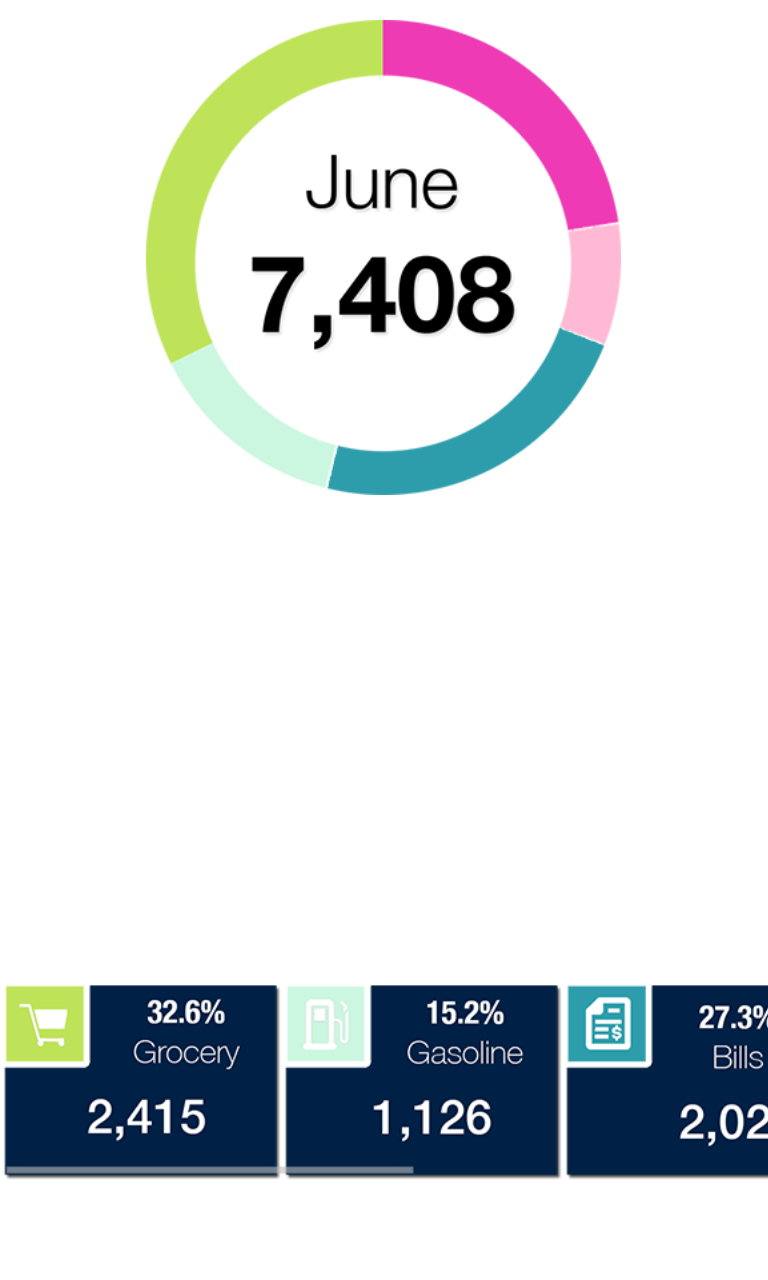
Repository: derek-zhan/RBCPrototypeChallenge
Layout: RBCPrototype/res/layout/fragment_analyze.xml
An editor plug-in stored every save of this project. The layout is shown before and after the next save, followed by the edit.
It is drawn on a 768 x 1280 px phone screen (xhdpi) without system bars, with theme AppTheme; the app's code is not run.

Above is the layout before, as saved 2014-06-06 11:48:20.

After the next save:
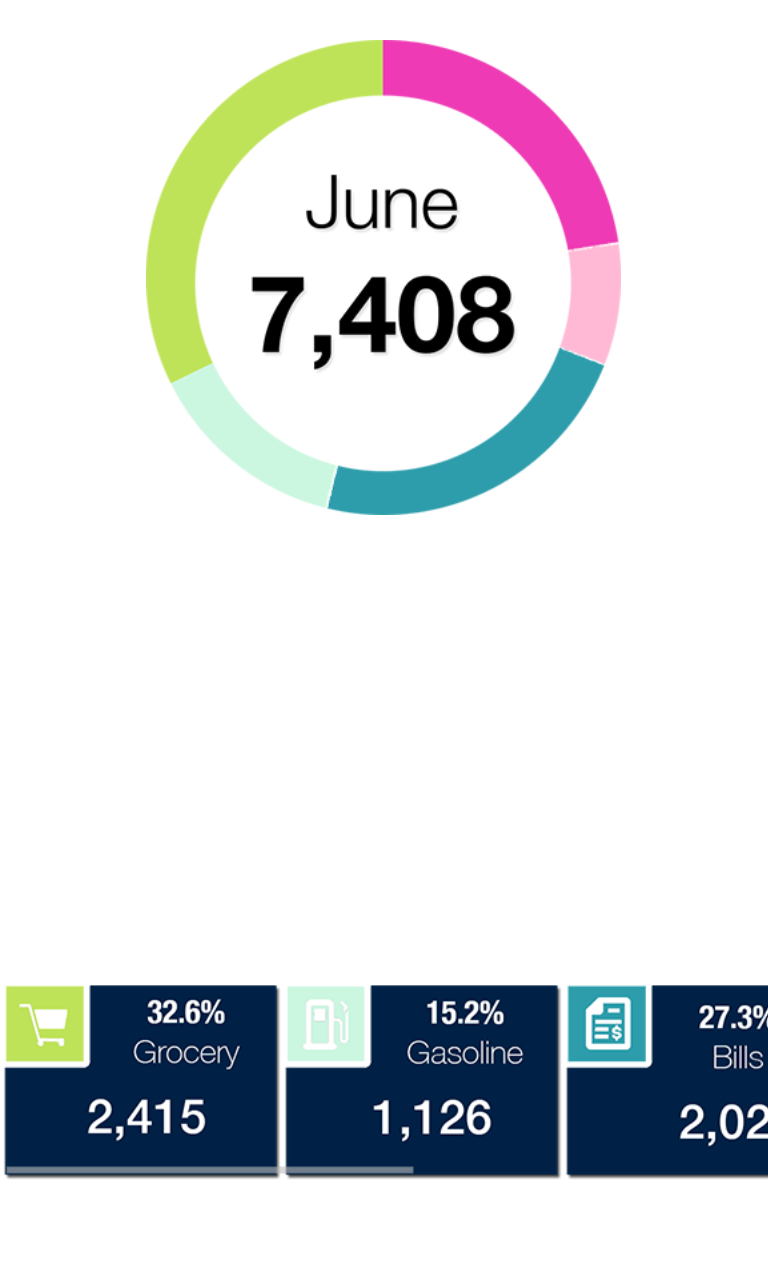
Saved 29 s later.
--- a/RBCPrototype/res/layout/fragment_analyze.xml
+++ b/RBCPrototype/res/layout/fragment_analyze.xml
@@ -7,7 +7,7 @@
 
         android:layout_width="wrap_content"
         android:layout_height="wrap_content"
-        android:layout_margin="10dp"
+        android:layout_margin="20dp"
         android:layout_centerHorizontal="true"
         android:src="@drawable/piechart_full"
         />
